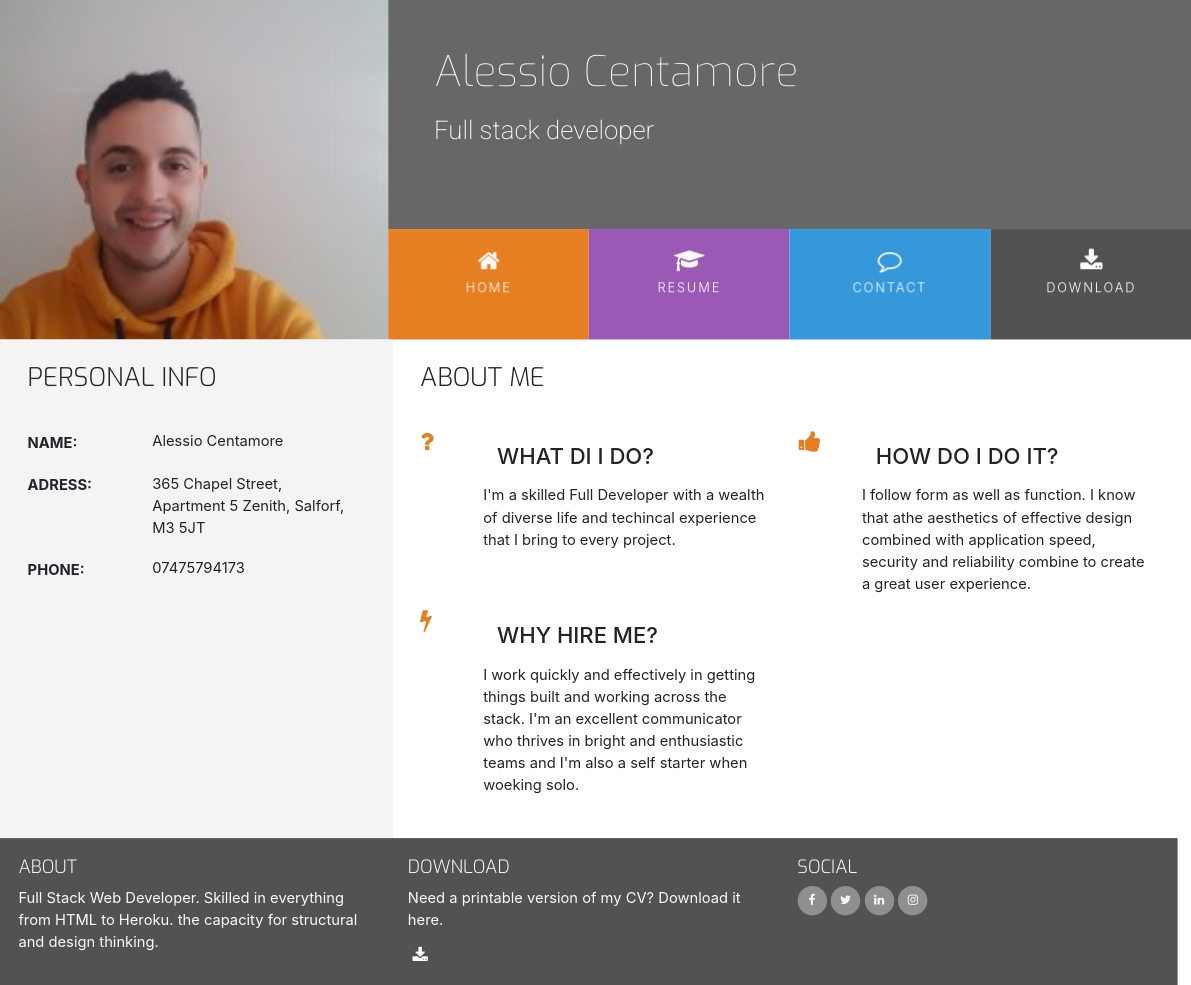
Repository: Baal89/Resume
Page: index.html
The author's editor kept a record of every edit. The page is drawn from the files as they stood at one moment, then again after the next edit.
The browser window is 1280 px wide. The page is 1295 px wide, so the pictures cover 1295 px, including what lies to the right of the window. The pictures show the whole page, at 92% of full size.

Above is the page before.

After the next edit:
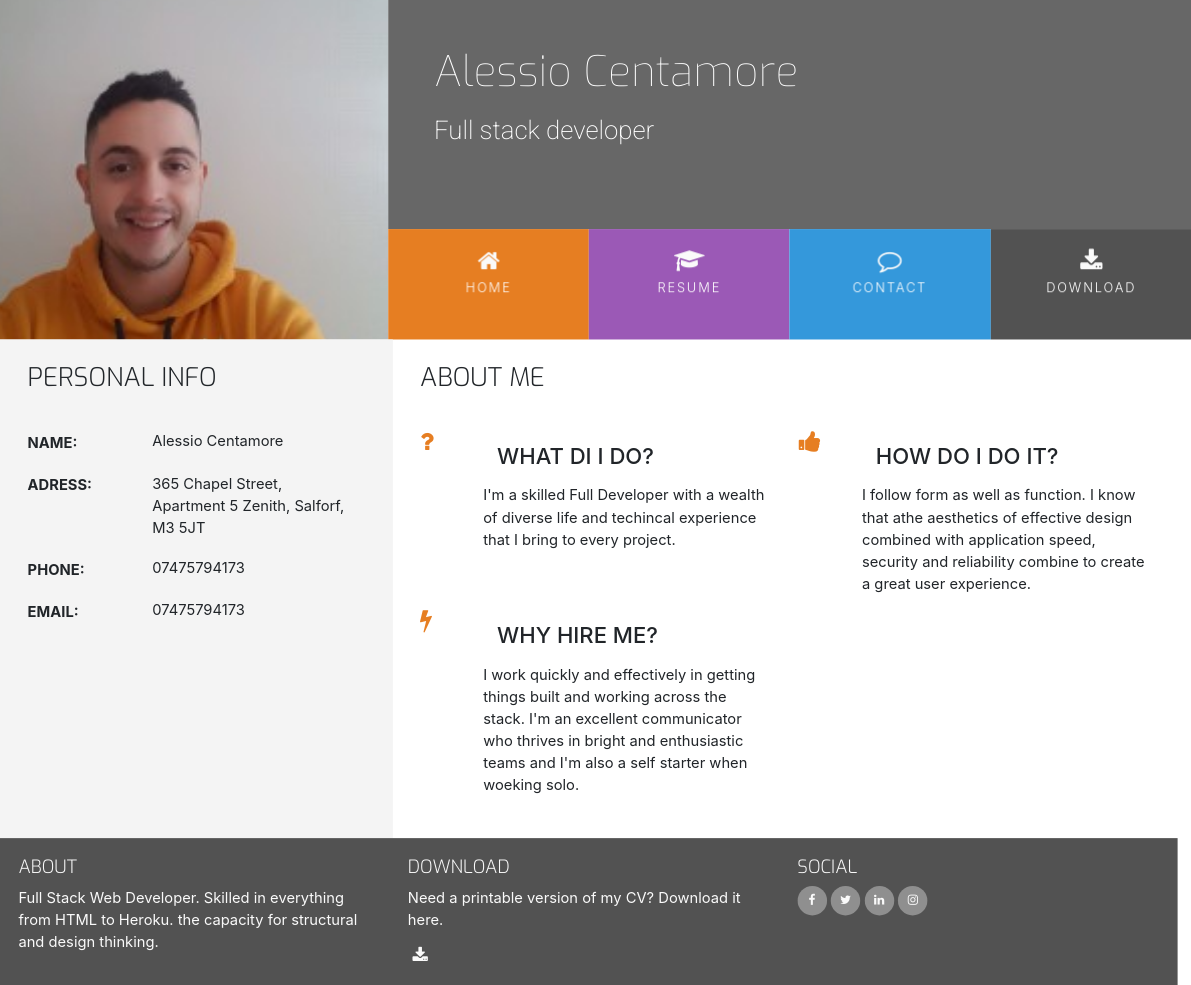
The edit:
--- a/index.html
+++ b/index.html
@@ -92,6 +92,18 @@
                         </p>
                     </div>
                 </div>
+                <div class="personal-info-item">
+                    <div class="key">
+                        <p class="uppercase">
+                            Email:
+                        </p>
+                    </div>
+                    <div class="value">
+                        <p>
+                            07475794173
+                        </p>
+                    </div>
+                </div>
             </div>
             <div class="col-md-8 color-three-reasons section-column">
                 <div class="row">
